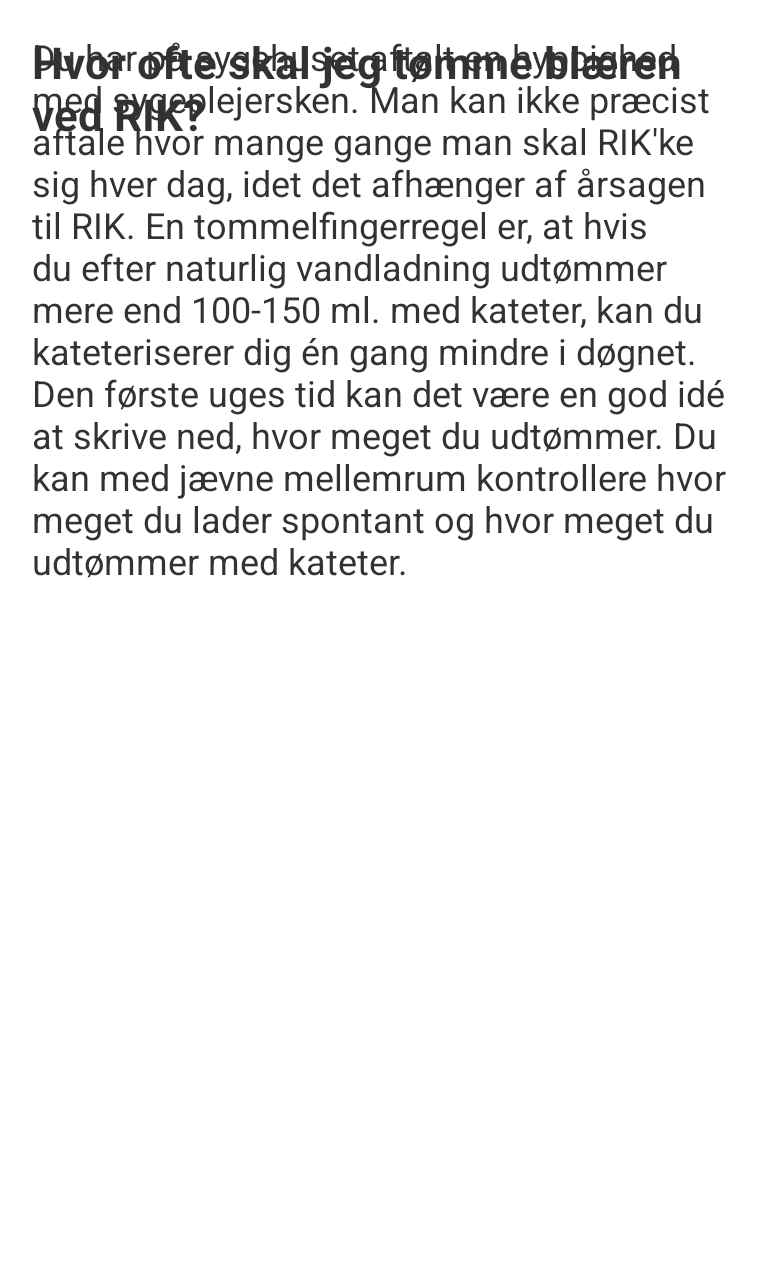
Repository: KingApollo/RIKapp2
Layout: RIKapp/res/layout/activity_how_wash_hands.xml
The author's editor kept a copy of each file at every save. The layout is drawn from the files as they stood at one save, then again after the next save.
It is drawn on a 768 x 1280 px phone screen (xhdpi) without system bars, with theme android:Theme.Light.NoTitleBar; the app's code is not run.

Above is the layout before, as saved 2014-10-10 12:30:35.

After the next save:
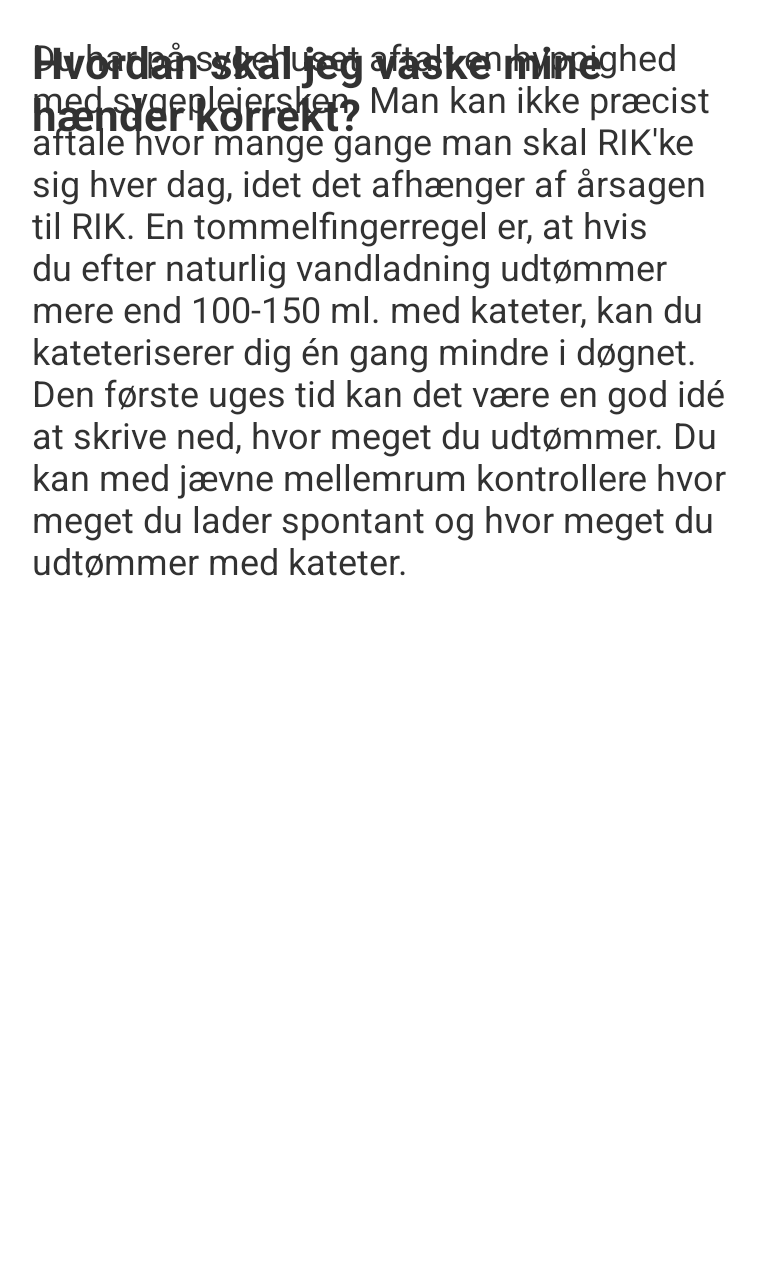
Saved 7 s later.
--- a/RIKapp/res/layout/activity_how_wash_hands.xml
+++ b/RIKapp/res/layout/activity_how_wash_hands.xml
@@ -13,7 +13,7 @@
     android:id="@+id/tvHowHandWashQuestion"
     android:layout_width="wrap_content"
     android:layout_height="wrap_content"
-    android:text="@string/howOftenQuestion"
+    android:text="@string/howHandWashQuestion"
     android:textSize="22sp"
     android:textStyle="bold" />
 
